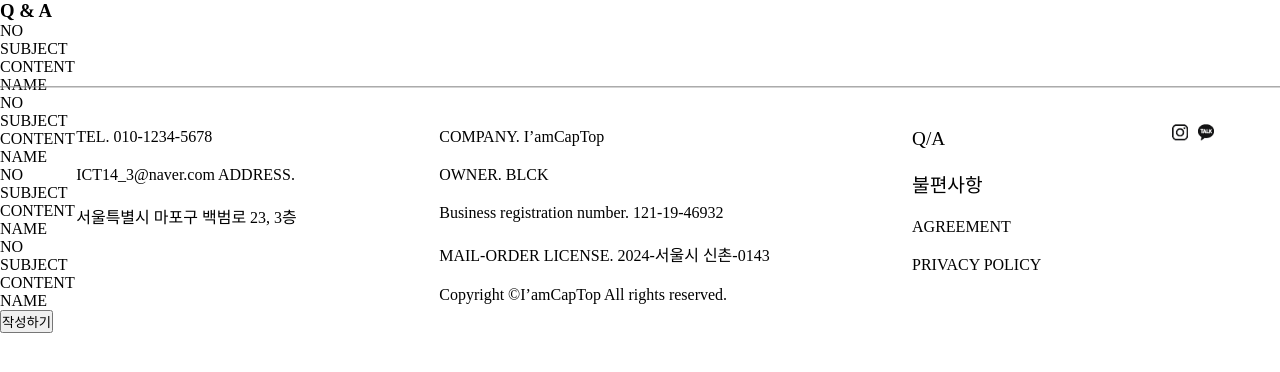
Repository: Developer120000/project1
Page: http://localhost/project1/productpage/q_a_detail.jsp
The author's editor kept a copy of each file at every save. The page is drawn from the files as they stood at one save, then again after the next save.
The browser window is 1280 px wide. The pictures show the whole page.
Some web libraries are served in a nearby version. The page is served by Tomcat 9.

Above is the page before, as saved 2024-03-24 10:11:48.
Console error: TypeError: Cannot read properties of null (reading 'addEventListener')

### project1/src/main/webapp/productpage/q_a_detail.jsp
<%@ page language="java" contentType="text/html; charset=UTF-8"
    pageEncoding="UTF-8"%>
<!DOCTYPE html>
<html>
<head>
<meta charset="UTF-8">
<meta name="viewport" content="width=device-width, initial-scale=1">
<title>Insert title here</title>
<script src="https://kit.fontawesome.com/80123590ac.js" crossorigin="anonymous"></script>
<link rel="stylesheet" href="../css/header.css">
<script src="../js/header.js" defer></script>
<link rel="stylesheet" href="../css/footer.css">
</head>
<body>
	<div class="qcontainer">
		<div class="qwrapper">
			<h3 class="qtitle">Q & A</h3>
			<ul class="qau">
				<li class="qal q1">NO</li>
				<li class="qal q1">SUBJECT</li>
				<li class="qal">CONTENT</li>
				<li class="qal q1">NAME</li>
			</ul>
			<ul class="qau">
				<li class="qal q1">NO</li>
				<li class="qal q1">SUBJECT</li>
				<li class="qal">CONTENT</li>
				<li class="qal q1">NAME</li>
			</ul>
			<ul class="qau">
				<li class="qal q1">NO</li>
				<li class="qal q1">SUBJECT</li>
				<li class="qal">CONTENT</li>
				<li class="qal q1">NAME</li>
			</ul>
			<ul class="qau">
				<li class="qal q1">NO</li>
				<li class="qal q1">SUBJECT</li>
				<li class="qal">CONTENT</li>
				<li class="qal q1">NAME</li>
			</ul>
		</div>
		<p class="qwrite">
			<input type="submit" class="qwrite1" value="작성하기">
		</p>
	</div>
<%@ include file="footer.jsp" %>
</body>
</html>

### project1/src/main/webapp/productpage/footer.jsp
<%@ page language="java" contentType="text/html; charset=UTF-8"
    pageEncoding="UTF-8"%>
<!DOCTYPE html>
<html>
<head>
<meta charset="UTF-8">
<title>Insert title here</title>
<link rel="stylesheet" href="../css/footer.css">
</head>
<body>
	<footer id="text_list">
		<div class="text_box" >
			<ul>
				<li>TEL. 010-1234-5678</li>
				<li>ICT14_3@naver.com ADDRESS.</li>
				<li>서울특별시 마포구 백범로 23, 3층</li>
			</ul>
		</div>
		<div class="text_box">
			<ul >
				<li>COMPANY. I’amCapTop </li>
				<li>OWNER. BLCK</li>
				<li>Business registration number. 121-19-46932</li>
				<li> MAIL-ORDER LICENSE. 2024-서울시 신촌-0143</li>
				<li>Copyright ©I’amCapTop All rights reserved.</li>
			</ul>
		</div>
		<div class="text_box">
			<ul >
				<li><a href="#" class="a_qa">Q/A</a></li>
				<li><a href="#" class="a_bp">불편사항</a></li>
				<li>AGREEMENT</li>
				<li>PRIVACY POLICY</li>
			</ul>
		</div>
		<div class="btn_images">
			<a href="#"><img class="btn_1" src="../img/bt_insta.png"></a>
			<a href="#"><img class="btn_1" src="../img/bt_kakao.png"></a>
		</div>
	</footer>
</body>
</html>

### project1/src/main/webapp/css/header.css
@charset "UTF-8";
*{margin: 0px; }
#header{

/* 	height: 4.06rem; */
}
.wrapper{
	width: 100%;
	position: fixed;
	display: flex;
	justify-content: space-between;
	align-items: center;
	background-color: white;
	border-bottom: 1px solid black;
	z-index: 5;
}
.title a{
	text-decoration: none;
	font-size: 2.5rem;
	font-weight: bold;
	margin-left: 1rem;
	color: black;
	font-style: italic;
	display: inline-block;
}
.category{
	display: flex;
/* 	margin-right: 50%; */
	list-style: none;
}
.category li{
	padding: 8px 12px;
}
li a{
/* 	margin-right: 1.0rem; */
	font-size: 1.2rem;
	text-decoration: none;
}
li a:visited {color: black;}
li a:hover {text-decoration: underline;}

.search{
	display: flex;
	padding-left: 0;

/* 	width: 60%; */
/* 	text-align: right; */
}
.searchbar{
/* 	width: 30%; */
/* 	margin-right: 5px;  */
	padding: 5px;
}
.a1{
/* 	margin-right: 10%; */
}
.icon{display: none;}


@media screen and (max-width:600px){
	.wrapper{
		flex-direction: column;
		align-items: flex-start;
		padding: 8px 24px;
	}
	.category{
		display: none;
		flex-direction: column;
		align-items: center;
		width: 100%;
	}
	.category li a{
		width: 100%;
		text-align: center;
	}
	.search{
		display: none;
		justify-content: center;
		width: 100%;
	}
	.icon{
		display: block;
	}
}

@media screen and (max-width:1138px){


}


@media screen and (max-width:800px){


}

/* 1015px 이하 - suncap 사라짐 */
@media screen and (max-width:590px){

	.header_second #s4{display: none;}
}

### project1/src/main/webapp/css/footer.css
@charset "UTF-8";
*{margin: 0px; padding: 0px; box-sizing: border-box;}
#text_list{
	display: flex;
	bottom: 0;
	padding: 5px;
	height:246.67px; /* footer 높이값 */
	position:relative;
	transform : translateY(-100%);
	text-align: left;
	justify-content: space-around;
	width: 100%;
    border-top: 1px solid gray;

}

/* 미디어 쿼리 */
/* @media screen and (max-width: 450px) {
    #text_list {
        padding: 10px; 화면 크기가 작아질 때 여백을 줄입니다.
        size: 1rm;
    }
} */
.text_box{
	display: flex;
	padding: 1rem;
}
.text_box ul {
    list-style: none;
    padding: 0;
    margin: 0;
}

.text_box li{
	display: flex;
	list-style-type: none;
	padding: 0 auto;
	margin: 20px;
	width: 100%;
}

.text_box a{
	text-decoration: none;
	color: black;
}



.btn_images {
	display: flex;
	list-style-type: none;
	padding: 1rem;
	margin-top: 1rem;
	margin-left: 0.5rem;
}
.btn_images a {
    margin-right: 10px;
}

.btn_1{
	width: 1rem;
	height: 1rem;
}

### project1/src/main/webapp/js/header.js
const hamburger = document.querySelector('.hamburger');
const category = document.querySelector('.category');

hamburger.addEventListener('click', () => {
    category.classList.toggle('active');
})

document.addEventListener('click', (e) => {
    if (!category.contains(e.target) && !hamburger.contains(e.target)) {
        category.classList.remove('active');
    }
})


const b1 = document.querySelector('.b1');
const searchbar2 = document.querySelector('.searchbar2');
const res2 = document.querySelector('.res2');

b1.addEventListener('click', (e) => {
	e.preventDefault();
//	e.stopPropagation();
    searchbar2.classList.toggle('active');
    res2.classList.toggle('active');
})

document.addEventListener('click', (e) => {
    if (!searchbar2.contains(e.target) && !res2.contains(e.target) && !b1.contains(e.target)) {
        searchbar2.classList.remove('active');
    }
})

document.addEventListener('click', (e) => {
    if (!res2.contains(e.target) && !searchbar2.contains(e.target) && !b1.contains(e.target)) {
        res2.classList.remove('active');
    }
})


//const b2 = document.querySelector('.b2');
//const b3 = document.querySelector('.b3');
//
//hamburger.addEventListener('click', () => {
//    b2.classList.toggle('active');
//    b3.classList.toggle('active');
//})
//
//document.addEventListener('click', (e) => {
//    if (!hamburger.contains(e.target) && !b2.contains(e.target) && !b3.contains(e.target) && !category.contains(e.target)) {
//		category.classList.remove('active');
//        b2.classList.toggle('active');
//    	b3.classList.toggle('active');
//    }
//})

After the next save:
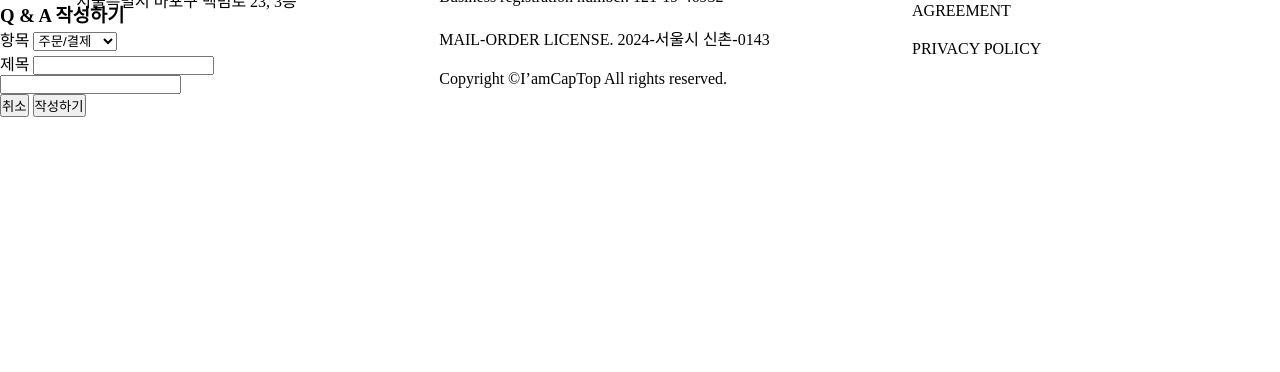
Saved 38 s later.
--- a/project1/src/main/webapp/productpage/q_a_detail.jsp
+++ b/project1/src/main/webapp/productpage/q_a_detail.jsp
@@ -12,37 +12,35 @@
 <link rel="stylesheet" href="../css/footer.css">
 </head>
 <body>
-	<div class="qcontainer">
-		<div class="qwrapper">
-			<h3 class="qtitle">Q & A</h3>
-			<ul class="qau">
-				<li class="qal q1">NO</li>
-				<li class="qal q1">SUBJECT</li>
-				<li class="qal">CONTENT</li>
-				<li class="qal q1">NAME</li>
+	<div class="qawritercontainer">
+		<div class="qawriterwrapper">
+			<h3 class="qawritertitle">Q & A 작성하기</h3>
+			<ul class="qawriterul">
+				<li class="qawriterli">
+					<label for="qawriteritem" class="qawriteritem1 qawriteritem3">항목</label>
+					<select name="qawriteritem1" class="qawriteritem">
+						<option value="">주문/결제</option>
+						<option value="">취소/환불</option>
+						<option value="">출고/배송</option>
+						<option value="">반품/교환</option>
+						<option value="">재입고문의</option>
+						<option value="">제품문의</option>
+						<option value="">기타문의</option>
+					</select>
+				</li>
+				<li class="qawriterli">
+					<label for="qawriteritem1-1" class="qawriteritem1">제목</label>
+					<input type="text" class="qawriteritem1-1" id="qawriteritem1-1" required>
+				</li>
+				<li>
+					<input type="text" class="qawiter" required>
+				</li>
 			</ul>
-			<ul class="qau">
-				<li class="qal q1">NO</li>
-				<li class="qal q1">SUBJECT</li>
-				<li class="qal">CONTENT</li>
-				<li class="qal q1">NAME</li>
-			</ul>
-			<ul class="qau">
-				<li class="qal q1">NO</li>
-				<li class="qal q1">SUBJECT</li>
-				<li class="qal">CONTENT</li>
-				<li class="qal q1">NAME</li>
-			</ul>
-			<ul class="qau">
-				<li class="qal q1">NO</li>
-				<li class="qal q1">SUBJECT</li>
-				<li class="qal">CONTENT</li>
-				<li class="qal q1">NAME</li>
-			</ul>
+		<div class="qawrite">
+			<input type="reset" class="qawrite1" value="취소">
+			<input type="submit" class="qawrite2" value="작성하기">
 		</div>
-		<p class="qwrite">
-			<input type="submit" class="qwrite1" value="작성하기">
-		</p>
+		</div>
 	</div>
 <%@ include file="footer.jsp" %>
 </body>
